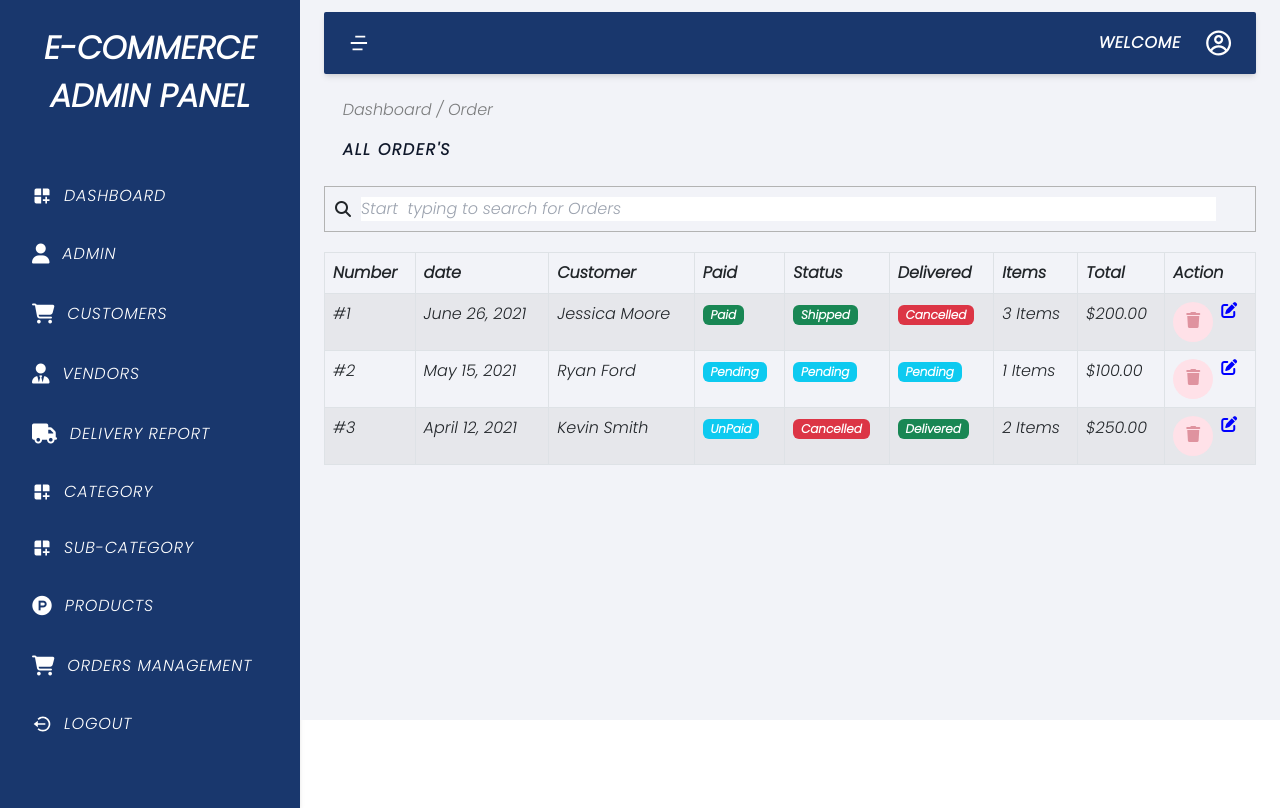
Repository: FlyweisReact/Hariom-Admin-Panel
Page: /E-commerce/Admin/Orders
An editor plug-in stored every save of this project. The page is shown before and after the next save, followed by the edit.
The browser window is 1280 px wide. The pictures show the whole page.
Some web libraries are served in a nearby version. The project was rebuilt for these pictures with package versions that can differ from the ones it lists, and the page was loaded fresh each time. Also part of the build but not shown: src/vendorPanel/forms/VendorLogin.jsx, src/vendorPanel/layout/Navbar.jsx, src/vendorPanel/layout/Sidebar.jsx, src/vendorPanel/layout/HOC.jsx, src/vendorPanel/pages/AdminDiscount.js, src/vendorPanel/pages/AdminReview.js, src/vendorPanel/pages/Astrologers.js, src/vendorPanel/pages/Banners.js and 32 more.

Above is the page before, as saved 2023-04-26 19:22:20.

### public/index.html
<!-- @format -->

<!DOCTYPE html>
<html lang="en">
  <head>
    <meta charset="utf-8" />
    <meta name="viewport" content="width=device-width, initial-scale=1" />
    <meta name="theme-color" content="#000000" />
    <meta
      name="description"
      content="Web site created using create-react-app"
    />
    <link rel="apple-touch-icon" href="%PUBLIC_URL%/favicon.ico?v=2" />
    <link rel="manifest" href="%PUBLIC_URL%/manifest.json" />
    <link rel="preconnect" href="https://fonts.googleapis.com">
<link rel="preconnect" href="https://fonts.gstatic.com" crossorigin>
<link href="https://fonts.googleapis.com/css2?family=Roboto+Mono:ital,wght@1,300&display=swap" rel="stylesheet">
    <title>HariOm</title>
  </head>
  <body>
    <noscript>You need to enable JavaScript to run this app.</noscript>
    <div id="root"></div>
    <script src="https://code.jquery.com/jquery-3.6.0.min.js"></script>
    <script src="https://kit.fontawesome.com/b533b351e4.js" crossorigin="anonymous"></script>
  </body>
</html>

### src/index.js
import React from "react";
import ReactDOM from "react-dom/client";
import "./index.css";
import App from "./App";
import { BrowserRouter } from "react-router-dom";
import 'bootstrap/dist/css/bootstrap.min.css'

const root = ReactDOM.createRoot(document.getElementById("root"));
root.render(
  <React.StrictMode>
    <BrowserRouter>
      <App />
    </BrowserRouter>
  </React.StrictMode>
);

### src/index.css
/** @format */

@tailwind base;
@tailwind components;
@tailwind utilities;
@import url("https://fonts.googleapis.com/css2?family=Roboto+Mono:ital,wght@1,300&display=swap");
@font-face {
  font-family: Roboto;
  src: url("./Fonts/Poppins-LightItalic.ttf");
}
body {
  margin: 0;
  font-family: Roboto !important;
  -webkit-font-smoothing: antialiased;
  -moz-osx-font-smoothing: grayscale;
}

code {
  font-family: Roboto !important;
}

html {
  font-family: Roboto !important;
}

::-webkit-scrollbar {
  width: 10px;
}
.fa-trash {
  color: red;
  cursor: pointer;
}

.iCOn {

  transition: 0.5s;
  box-shadow: none;
  transform: scale(1);
}
.cardDiv{
  cursor: pointer;
}

.cardDiv:hover .iCOn{
  box-shadow: rgba(0, 0, 0, 0.35) 0px 5px 15px;
  transform: scale(1.3);
}

/* Track */
::-webkit-scrollbar-track {
  background: #f1f1f1;
}

/* Handle */
::-webkit-scrollbar-thumb {
  background: #888;
}

/* Handle on hover */
::-webkit-scrollbar-thumb:hover {
  background: #555;
}
.profileImage {
  width: 100px;
}
.fa-eye {
  color: #029aff;
  cursor: pointer;
}
.fa-edit {
  cursor: pointer;
  color: blue;
}

.View {
  border: 1px solid black;
  width: 100%;
  padding: 10px;
}

.main-card--container {
  display: grid;
  grid-template-columns: repeat(3, minmax(300px, 500px));
  grid-gap: 50px;
  justify-content: space-around;
}
.card-container {
  margin: 25px 0 auto;
  box-shadow: rgba(0, 0, 0, 0.35) 0px 5px 15px;
  position: relative;
  display: grid;
  grid-template-columns: 1fr;
  justify-content: space-around;
  align-items: flex-start;
}

.myEdit:focus {
  box-shadow: rgba(0, 0, 0, 0.35) 0px 5px 15px;
}



.AstroLogin{
  color: #fff;
  background-color: #2b7a8e;
  padding: 10px;
  width: 380px;
  text-align: center;
  font-size: 20px;
  background: linear-gradient(to left, #2b7a8e 50%, #fff 50%) right;
  background-size: 200%;
  transition: 0.5s ease-out;
  border: 1px solid #2b7a8e;
  margin-top: 10px;
  text-transform: uppercase;
}
.AstroLogin:hover {
  background-position: left;
  color: #2b7a8e;
}

.EcommerceAdminLogin{
  color: #fff;
  background-color: #19376d ;
  padding: 10px;
  width: 380px;
  text-align: center;
  font-size: 20px;
  background: linear-gradient(to left, #19376d 50%, #fff 50%) right;
  background-size: 200%;
  transition: 0.5s ease-out;
  border: 1px solid #19376d;
  margin-top: 10px;
  text-transform: uppercase;
}

.EcommerceAdminLogin:hover{
  background-position: left;
  color: #19376d;
}
.EcommerceVendorLogin{
  color: #fff;
  background-color: #576cbc;
  padding: 10px;
  width: 380px;
  text-align: center;
  font-size: 20px;
  background: linear-gradient(to left, #576cbc 50%, #fff 50%) right;
  background-size: 200%;
  transition: 0.5s ease-out;
  border: 1px solid #576cbc;
  margin-top: 10px;
  text-transform: uppercase;
}

.EcommerceVendorLogin:hover{
  background-position: left;
  color: #576cbc;
}

.view{
  background-color: #2196f3;
  color: #fff;
  width: 50%;
  padding: 5px;
}


.two-sec{
display:flex;
justify-content: space-evenly;
  justify-content: space-evenly;
}
.two-sec .left{
  width: 60%;
  background-color: #f6f1ef;
  padding: 20px;
 }
 .two-sec .left .head{
  font-size: 25px;
  font-weight: bold;
 }



.two-sec .right{
  width: 30%;
  background-color: #f6f1ef;
 }

 .searchDiv{
  width: 100%;
  display: flex;
  gap: 10px;
  border: 1px solid rgb(179, 179, 179);
  padding: 10px;
  margin-bottom: 20px;
  align-items: center;
 }
 .searchDiv input {
  width: 94%;
  outline: none;
  border: none;
 }

 .flexCont {
  display: flex;
  align-items: center;
  gap: 10px;
 }
 .flexCont img{
  width: 60px;
  background-color: #e9ecef;
 }

 .blockContent{
  display: block;
 }
 .blockContent p{
  margin: 0;
 }

 .checkBox{
  width: 50px;
  height: 25px;
  background-color: #e9ecef;
  border-radius: 50px;
  position: relative;
  cursor: pointer;
 }
 .checkBox span{
  width: 20px;
  height: 20px;
  border-radius: 100%;
  background-color: #fff;
  position: absolute;
  left: 5px;
  top: 2px;
 }
 .ActivecheckBox{
  width: 50px;
  height: 25px;
  background-color: #0d6efd;
  border-radius: 50px;
  position: relative;
  cursor: pointer;
 }
 .ActivecheckBox span{
  width: 20px;
  height: 20px;
  border-radius: 100%;
  background-color: #fff;
  position: absolute;
  right: 5px;
  top: 2px;
 }

 .fa-eye{
  color: #0cba73;
  background-color: #d6f8e8;
  width: 40px;
  text-align: center;
  height: 40px;
  display: flex;
  border-radius: 100%;
  justify-content: center;
  padding-top: 10px;  transition: 0.5s;
 }

 .fa-pen-to-square{
  color: #f4c39c;
  background-color: #ffebdb;
  width: 40px;
  text-align: center;
  height: 40px;
  display: flex;
  border-radius: 100%;
  justify-content: center;
  padding-top: 10px;
  cursor: pointer;  transition: 0.5s;
 }
 .fa-trash{
  color: #df939f;
  background-color: #ffe1e8;
  width: 40px;
  text-align: center;
  height: 40px;
  display: flex;
  border-radius: 100%;
  justify-content: center;
  padding-top: 10px;
  cursor: pointer;
  transition: 0.5s;
 }
 .fa-trash:hover{
  transform: scale(1.2);
 }
 .fa-eye:hover{
  transform: scale(1.2);
 }
 .fa-pen-to-square:hover{
  transform: scale(1.2);
 }
 .required{
  color: #e74260;
 }

 .headP{
  margin-left: 2%;
  color: #7b7c7d;
 }
 .filterBox{
  display: flex;
  align-items: center;
  gap: 10px;
  border-bottom: 1px solid #d4d7dc;
  padding-bottom: 20px;
  margin-bottom: 20px;
 }
 .filterBox img{
  width: 30px;

 }
 .filterBox input{
  width: 100%;
  border: 1px solid #d4d7dc;
  outline: none;
  padding: 5px;
  color: black;
 }
 .sectionCont{
  width: 98%;
  background-color: #fff;
  margin-left: 2%;
  padding: 20px;
 }

 .overFlowCont{
  width: 100%;
  overflow-x: auto;
 }

### src/E-CommerceAdmin/pages/EAdminOrders.js
/** @format */

import React, { useState } from "react";
import { Badge, Button, Form, Modal, Table } from "react-bootstrap";
import HOC from "../layout/HOC";

const EAdminOrders = () => {
  const [modalShow, setModalShow] = useState(false);

  function EditStatus(props) {
    return (
      <Modal
        {...props}
        size="lg"
        aria-labelledby="contained-modal-title-vcenter"
        centered
      >
        <Modal.Header closeButton>
          <Modal.Title id="contained-modal-title-vcenter">
            Edit Status
          </Modal.Title>
        </Modal.Header>
        <Modal.Body>
          <Form>
            <Form.Select aria-label="Default select example" className="mb-3">
              <option>--Edit Status--</option>
              <option value="1">Shipped</option>
              <option value="2">Pending</option>
              <option value="3">Canceled</option>
            </Form.Select>
            <Button variant="outline-success">Submit</Button>
          </Form>
        </Modal.Body>
      </Modal>
    );
  }

  return (
    <>
      <EditStatus show={modalShow} onHide={() => setModalShow(false)} />
      <section>

      <p className="headP">Dashboard / Order</p>

        <div        className="pb-4 sticky top-0  w-full flex justify-between items-center"
        style={{ width: "98%", marginLeft: "2%" }}>
          <span className="tracking-widest text-slate-900 font-semibold uppercase ">
            All Order's
          </span>
        </div>

        <div className="searchDiv">
          <i className="fa-solid fa-magnifying-glass"></i>
          <input
            type="search"
            placeholder="Start  typing to search for Orders"
          />
        </div>

        <Table striped bordered hover>
          <thead>
            <tr>
              <th>Number</th>
              <th>date</th>
              <th>Customer</th>
              <th>Paid</th>
              <th>Status</th>
              <th>Delivered</th>
              <th>Items</th>
              <th>Total</th>
              <th>Action</th>
            </tr>
          </thead>
          <tbody>
            <tr>
              <td> #1 </td>
              <td> June 26, 2021 </td>
              <td> Jessica Moore </td>
              <td>
                <Badge bg="success">Paid</Badge>{" "}
              </td>
              <td>
                <Badge bg="success">Shipped</Badge>{" "}
              </td>
              <td>
                <Badge bg="danger">Cancelled</Badge>{" "}
              </td>
              <td>3 Items </td>
              <td>$200.00 </td>
              <td>
                <span className="d-flex gap-2">
                  <i className="fa-solid fa-trash"></i>
                  <i
                    className="fa-solid fa-edit"
                    onClick={() => setModalShow(true)}
                  ></i>
                </span>
              </td>
            </tr>

            <tr>
              <td> #2 </td>
              <td> May 15, 2021 </td>
              <td> Ryan Ford </td>
              <td>
                <Badge bg="info">Pending</Badge>{" "}
              </td>
              <td>
                <Badge bg="info">Pending</Badge>{" "}
              </td>
              <td>
                <Badge bg="info">Pending</Badge>{" "}
              </td>
              <td>1 Items </td>
              <td>$100.00 </td>
              <td>
                <span className="d-flex gap-2">
                  <i className="fa-solid fa-trash"></i>
                  <i
                    className="fa-solid fa-edit"
                    onClick={() => setModalShow(true)}
                  ></i> </span>
              </td>
            </tr>
            <tr>
              <td> #3 </td>
              <td> April 12, 2021 </td>
              <td> Kevin Smith </td>
              <td>
                <Badge bg="info">UnPaid</Badge>{" "}
              </td>
              <td>
                <Badge bg="danger">Cancelled</Badge>{" "}
              </td>
              <td>
                <Badge bg="success">Delivered</Badge>{" "}
              </td>
              <td>2 Items </td>
              <td>$250.00 </td>
              <td>
                <span className="d-flex gap-2">
                  <i className="fa-solid fa-trash"></i>
                  <i
                    className="fa-solid fa-edit"
                    onClick={() => setModalShow(true)}
                  ></i>
                </span>
              </td>
            </tr>
          </tbody>
        </Table>
      </section>
    </>
  );
};

export default HOC(EAdminOrders);

### src/E-CommerceAdmin/layout/HOC.jsx
/** @format */

import React, { useState } from "react";
import Navbar from "./Navbar";
import Sidebar from "./Sidebar";

const HOC = (Wcomponenet) => {
  return function Component() {
    const [hamb, setHamb] = useState(false);
    return (
      <>
        <section className="flex overflow-x-hidden relative ">
          {/* Sidebar */}
          <div
            className={
              hamb
                ? " absolute top-0 z-30 md:w-auto shadow-md bg-slate-200  w-60 transition-all md:-left-full left duration-150  h-auto overflow-y-auto  left-0 "
                : " md:w-72 z-30 bg-slate-200  shadow-md  md:static absolute top-0 -left-full   transition-all duration-150  overflow-y-auto h-auto"
            }
            style={{ minWidth: "300px" }}
          >
            <Sidebar hamb={hamb} setHamb={setHamb} />
          </div>
          {/* Components & Navbar */}
          <div
            className={
              hamb
                ? " transition-all px-4 py-2  duration-150 w-full h-screen"
                : " w-full h-screen  px-4 py-2   z-50 transition-all duration-150 "
            }
            style={{backgroundColor : '#f2f3f8'}}
          >
            <Navbar hamb={hamb} setHamb={setHamb} />
            <div className="my-6 text-#000 h-[87%] wcomp overflow-y-auto">
              {" "}
              <Wcomponenet />
            </div>
          </div>
        </section>
      </>
    );
  };
};

export default HOC;

### src/E-CommerceAdmin/layout/Navbar.jsx
/** @format */

import { RiMenu4Line } from "react-icons/ri";
import { CgProfile } from "react-icons/cg";
import Form from "react-bootstrap/Form";
import { useState } from "react";
import Button from "react-bootstrap/Button";
import Modal from "react-bootstrap/Modal";
import Container from "react-bootstrap/Container";

function MyVerticallyCenteredModal(props) {
  return (
    <Modal
      {...props}
      size="lg"
      aria-labelledby="contained-modal-title-vcenter"
      centered
    >
      <Modal.Header closeButton>
        <Modal.Title id="contained-modal-title-vcenter">
          Edit Profile
        </Modal.Title>
      </Modal.Header>
      <Modal.Body>
        <Container style={{ width: "600px" }}>
          <Form>
            <Form.Group className="mb-3" controlId="formBasicEmail">
              <Form.Label>Name</Form.Label>
              <Form.Control type="text" placeholder="Admin" />
            </Form.Group>
            <Form.Group className="mb-3" controlId="formBasicPassword">
              <Form.Label>Email Address</Form.Label>
              <Form.Control type="email" placeholder="admin@gmail.com" />
            </Form.Group>
            <Form.Group className="mb-3" controlId="formBasicPassword">
              <Form.Label>Password</Form.Label>
              <Form.Control type="password" placeholder="Password" />
            </Form.Group>
            <Button variant="outline-success" type="submit">
              Edit
            </Button>
          </Form>
        </Container>
      </Modal.Body>
    </Modal>
  );
}

const Navbar = ({ hamb, setHamb }) => {
  const [modalShow, setModalShow] = useState(false);

  return (
    <>
      <MyVerticallyCenteredModal
        show={modalShow}
        onHide={() => setModalShow(false)}
      />

      <div
        className={
          hamb
            ? "flex  w-full justify-between  my-1 rounded-sm  p-4 py-3 shadow-md items-center  bg-slate-200 space-x-4"
            : "flex  w-full justify-between my-1 rounded-sm  p-4 py-3 shadow-md items-center  bg-slate-200 space-x-4"
        }
        style={{backgroundColor : '#19376d'}}
      >
        <RiMenu4Line
          onClick={() => setHamb(!hamb)}
          className="text-2xl font-bold text-gray-900 hover:scale-90 cursor-pointer"
          style={{color : '#fff'}}
        />

        <section className="flex sm:ml-auto justify-end sm:w-full items-center space-x-2  pr-2">
          <figcaption className="tracking-wider pl-1 font-semibold">
            <div className="lg:text-base text-sm text-gray-900  uppercase"    style={{color : '#fff'}}>
              Welcome
            </div>
          </figcaption>
        </section>

        <CgProfile
          onClick={() => setModalShow(true)}
          className="text-2xl sm:text-3xl font-bold text-[rgb(241,146,46)] cursor-pointer"
          style={{color : '#fff'}}
        />
      </div>
    </>
  );
};

export default Navbar;

### src/E-CommerceAdmin/layout/Sidebar.jsx
/** @format */

import React from "react";
import { RiCloseLine } from "react-icons/ri";
import { Link, useNavigate } from "react-router-dom";
import { BiLogOutCircle } from "react-icons/bi";
import { MdDashboardCustomize } from "react-icons/md";

const Sidebar = ({ hamb, setHamb }) => {
  const navigate = useNavigate();

  const nav = [
    {
      icon: <MdDashboardCustomize className="text-xl mr-3 rounded-full " />,
      link: "/E-Commerce/dashboard",
      name: "Dashboard",
    },

    {
      icon: (
        <i class="fa-solid fa-user text-xl mr-3 rounded-full"></i>
        ),
      link: "/E-Commerce/Admin",
      name: "Admin",
    },
    {
      icon: (
        <i className="fa-solid fa-cart-shopping text-xl mr-3 rounded-full"></i>
      ),
      link: "/E-Commerce/Admin/Customer",
      name: "Customers",
    },
    {
      icon:<i class="fa-solid fa-user-tie text-xl mr-3 rounded-full"></i>,
      link: "/E-Commerce/VendorList",
      name: "Vendors",
    },

    {
      icon: (
        <i class="fa-solid fa-truck  text-xl mr-3 rounded-full" ></i>
      ),
      link: "/E-Commerce/Admin/Delivery",
      name: "Delivery Report",
    },

    {
      icon: <MdDashboardCustomize className="text-xl mr-3 rounded-full " />,
      link: "/E-Commerce/Category",
      name: "Category",
    },

    {
      icon: (
        <MdDashboardCustomize className="text-xl mr-3 rounded-full " />
      ),
      link: "/E-Commerce/Admin/subCat",
      name: "Sub-Category",
    },

    {
      icon:<i className="fa-brands fa-product-hunt text-xl mr-3 rounded-full"></i>,
      link: "/E-Commerce/Product",
      name: "Products",
    },

    {
      icon: (
        <i className="fa-solid fa-cart-shopping text-xl mr-3 rounded-full"></i>
      ),
      link: "/E-commerce/Admin/Orders",
      name: "Orders Management",
    },
  ];

  const logOut = () => {
    navigate("/E-Commerce/login");
  };

  return (
    <>
      <aside
        className="p-4 h-auto"
        style={{ backgroundColor: "#19376d", minHeight: "100vh" }}
      >
        {/* Top */}
        <div className="w-full md:hidden relative  p-2 mb-4">
          <RiCloseLine
            onClick={() => setHamb(!hamb)}
            className="text-3xl  absolute top-2 sm:hover:rotate-[228deg] transition-transform font-bold right-2 sm:hover:text-[22px] text-[rgb(241,146,46)] cursor-pointer"
          />
        </div>{" "}
        <figure className="flex  flex-col items-center">
          <span
            className="font-bold text-[#fff]"
            style={{
              fontSize: "2rem",
              textAlign: "center",
              textTransform: "uppercase",
            }}
          >
            E-COMMERCE ADMIN PANEL
          </span>
        </figure>
        <nav className="py-6">
          {nav.map((nav) => {
            return (
              <Link
                to={nav.link}
                key={nav.name}
                className=""
                style={{ textDecoration: "none", textTransform: "uppercase" }}
              >
                <span
                  className="flex my-3 items-center cursor-pointer text-gray-900    tracking-wider p-2 rounded-sm"
                  style={{ color: "#FFF" }}
                >
                  {nav.icon} {nav.name}
                </span>
              </Link>
            );
          })}
          <span
            className="flex my-3 items-center cursor-pointer text-gray-900    tracking-wider p-2 rounded-sm"
            onClick={() => logOut()}
            style={{ color: "#FFF", textTransform: "uppercase" }}
          >
            <BiLogOutCircle className="text-xl mr-3 rounded-full " /> LogOut
          </span>
        </nav>
      </aside>
    </>
  );
};

export default Sidebar;

Loaded but not shown: tailwind.config.js (common file); src/App.js (97 lines, source omitted)

After the next save:
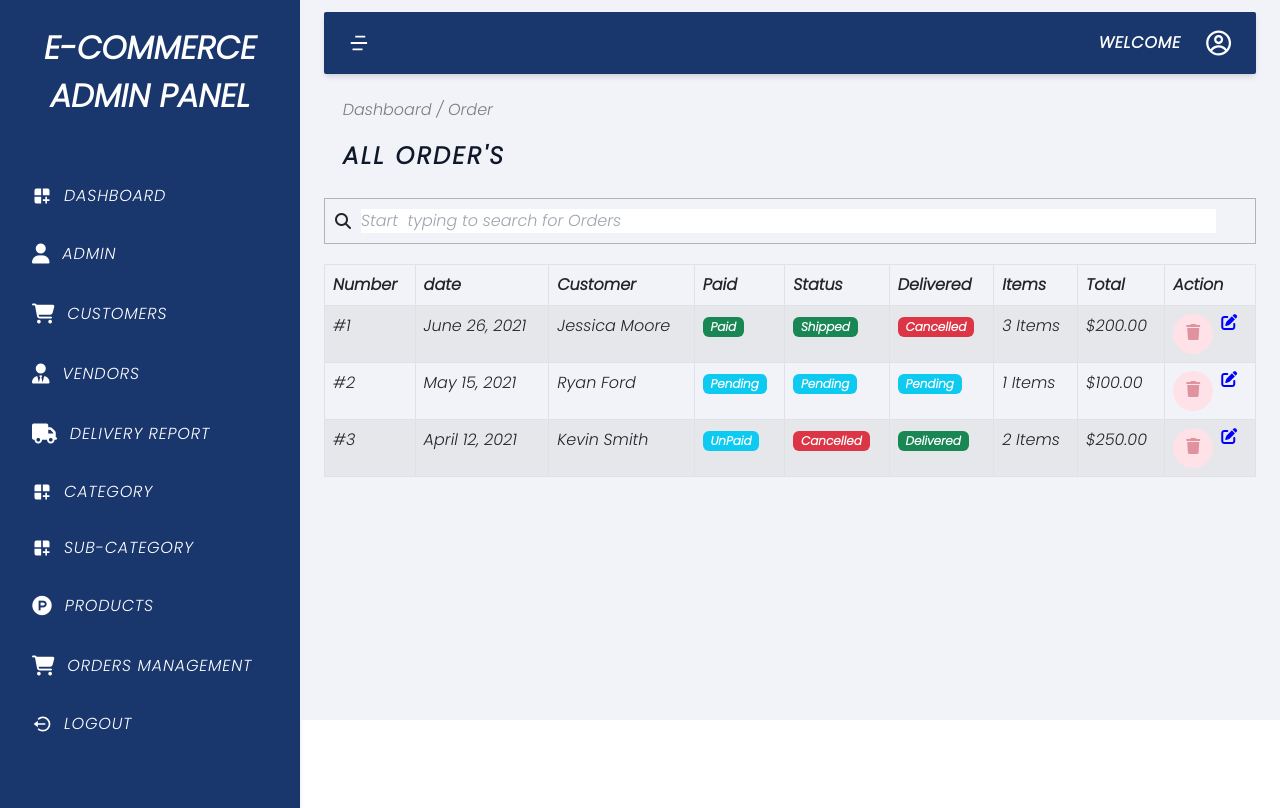
Saved 8 s later.
--- a/src/E-CommerceAdmin/pages/EAdminOrders.js
+++ b/src/E-CommerceAdmin/pages/EAdminOrders.js
@@ -44,7 +44,8 @@ const EAdminOrders = () => {
 
         <div        className="pb-4 sticky top-0  w-full flex justify-between items-center"
         style={{ width: "98%", marginLeft: "2%" }}>
-          <span className="tracking-widest text-slate-900 font-semibold uppercase ">
+          <span   className="tracking-widest text-slate-900 font-semibold uppercase"
+          style={{ fontSize: "1.5rem" }}>
             All Order's
           </span>
         </div>
